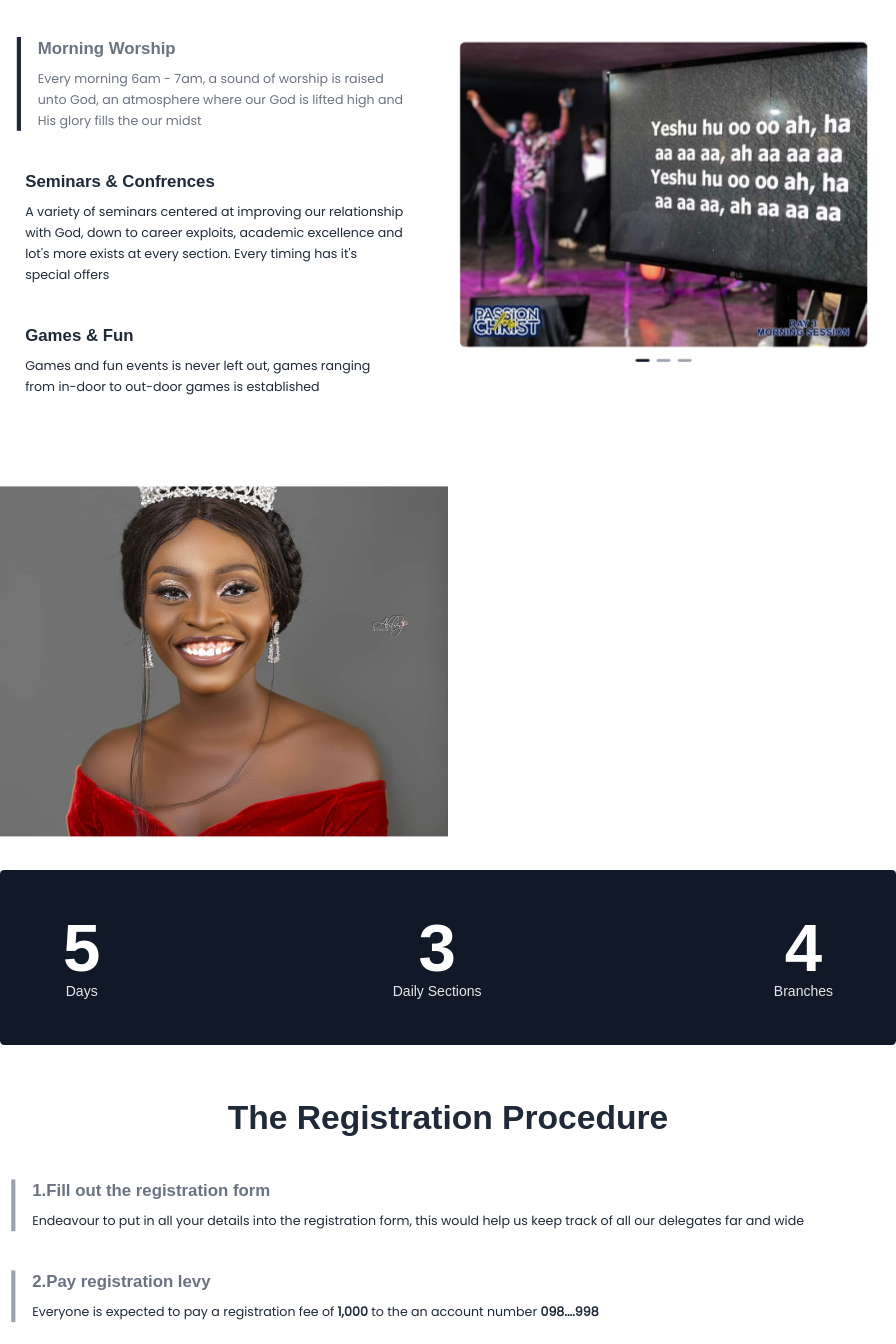
Repository: Ifenna-Pascal/user-camp-onboarding
Page: /
An editor plug-in stored every save of this project. The page is shown before and after the next save, followed by the edit.
The browser window is 1280 px wide. The pictures show the part of the page from y = 1447 to 3367 px (the page is 4228 px tall), at 70% of full size.
Some web fonts or font styles are not loaded; a fallback is used. The project was rebuilt for these pictures with package versions that can differ from the ones it lists, and the page was loaded fresh each time. The framework's server and built-in components were replaced by stand-ins that run in the browser. Also part of the build but not shown: next.config.js, styles/Home.module.css.

Above is the page before, as saved 2022-11-26 11:04:39.

### pages/_app.js
import Mainlayout from "../components/layout";
import "../styles/globals.css";
import "remixicon/fonts/remixicon.css";

function MyApp({ Component, pageProps }) {
  return (
    <Mainlayout>
      <Component {...pageProps} />
    </Mainlayout>
  );
}

export default MyApp;

### components/layout/index.jsx
import React from "react";
import Footer from "./Footer";
import Nav from "./Nav";

function Mainlayout({ children }) {
  return (
    <div className="relative">
      <Nav />
      <main>{children}</main>
      <Footer />
    </div>
  );
}

export default Mainlayout;

### styles/globals.css
@import url('https://fonts.googleapis.com/css2?family=Poppins&family=Sono:wght@400;500&display=swap');
@import url('https://fonts.googleapis.com/css2?family=Montserrat&family=Source+Sans+Pro&display=swap');

* {
  padding: 0;
  margin: 0;
  box-sizing: border-box;
  scroll-behavior: smooth;
}

html,
body {
  padding: 0;
  margin: 0;
  font-family: -apple-system, BlinkMacSystemFont, Segoe UI, Roboto, Oxygen,
    Ubuntu, Cantarell, Fira Sans, Droid Sans, Helvetica Neue, sans-serif;
}

a {
  color: inherit;
  text-decoration: none;
}

* {
  box-sizing: border-box;
}

@media (prefers-color-scheme: dark) {
  html {
    color-scheme: dark;
  }
  body {
    color: white;
    background: black;
  }
}

@tailwind base;
@tailwind components;
@tailwind utilities;

### components/layout/Footer.jsx
import React from "react";

function Footer() {
  return (
    <div className="bg-gray-900 w-full h-[70px]  flex items-center justify-center">
      <p className="text-center flex items-center text-white font-sono text-xl">
        {" "}
        <span className="text-4xl mr-2">&copy;</span> YPLJ Camp Meeting 2022{" "}
      </p>
    </div>
  );
}

export default Footer;

### components/layout/Nav.jsx
import Link from "next/link";
import { useRouter } from "next/router";
import React, { useState } from "react";
import Button from "../general/Button";
import NavLink from "../general/NavLink";

function Nav() {
  const [show, setShow] = useState(false);
  const router = useRouter();
  const toggle = () => {
    setShow(!show);
  };
  return (
    <div className="lg:sticky  top-0 w-full shadow-sm mb-4 z-50 px-6 lg:px-0 bg-white">
      <nav className="w-full lg:py-6 py-5 flex items-center  lg:max-w-[1450px] lg:mx-auto justify-between">
        <Link href="/">
          {" "}
          <h1 className="font-sono text-2xl lg:text-4xl ">YEMs</h1>
        </Link>
        <ul className="lg:flex items-center hidden justify-between">
          <NavLink href="/#home" name="About Us" />
          <NavLink href="/#process" name="Process" />
          <NavLink href="/#reviews" name="Reviews" />
          <Link href="/register">
            <Button text="Register" />
          </Link>
        </ul>
        <button
          className='block md:hidden className="w-full px-2 py-1 rounded-lg text-AP-grey-200 hover:text-AP-blue-200 border-AP-grey-200 hover:border-AP-blue-400'
          onClick={toggle}
        >
          <i
            className={`${
              !show ? "ri-menu-3-fill duration-500" : "ri-close-line"
            } text-2xl text-gray-800`}
          />
        </button>
      </nav>
      <div
        className={`flex lg:hidden ${
          show
            ? "flex duration-500  flex-col items-center space-y-8 pt-2 "
            : "hidden"
        }`}
      >
        <NavLink href="/#home" name="About Us" />
        <NavLink href="/#process" name="Process" />
        <NavLink href="/#reviews" name="Reviews" />
        {router.pathname !== "/register" && (
          <Link href="/register">
            <Button text="Register" onClick={() => setShow(false)} />
          </Link>
        )}
      </div>
    </div>
  );
}

export default Nav;

### components/sections/Hero.jsx
import Link from "next/link";
import React from "react";
import Button from "../general/Button";
import HeroRight from "../general/HeroRight";

function Hero() {
  return (
    <div
      id="home"
      className="lg:h-[90vh] min-h-screen  grid grid-cols-1 lg:grid-cols-2"
    >
      <div className="w-full flex py-6 lg:py-0  lg:-mt-8 lg:items-start items-center flex-col justify-center h-full">
        <h1 className="text-3xl lg:text-6xl text-gray-800 text-center lg:text-left leading-[50px] lg:leading-[75px] font-semibold font-sono">
          Raising Agents Of Transformation
        </h1>

        <p className="text-lg lg:max-w-[600px] text-gray-700 py-2 text-center lg:text-left leading-[35px] lg:leading-[30px] font-poppins px-4 lg:px-0 lg:pr-[50px]">
          In the last days, says the Lord, I will pour out my spirit upon all
          flesh, and your <b>sons and daughters</b> shall prophesy, your old men
          shall dream dreams, shall see visions. <strong>Joel 2:28</strong>
        </p>
        <div className="mt-4">
          <Link href={"/register"}>
            {" "}
            <Button text={"Join Us"} />
          </Link>
        </div>
      </div>
      <div className="lg:p-4 w-[97%]   h-full mx-auto lg:w-full">
        {" "}
        <HeroRight />{" "}
      </div>
    </div>
  );
}

export default Hero;

### components/sections/Numerics.jsx
import React from "react";
import CountUp from "react-countup";
function Numerics() {
  return (
    <div className="bg-gray-900 rounded-md px-3 lg:px-0 flex lg:flex-row flex-col justify-center my-12 min-h-[600px] lg:min-h-[250px] w-full">
      <div className="lg:max-w-[1100px] flex lg:flex-row flex-col lg:items-center w-full justify-between mx-auto">
        <Numeric figure={5} text="Days" />
        <Numeric figure={3} text="Daily Sections" />
        <Numeric figure={4} text="Branches" />
      </div>
    </div>
  );
}

export default Numerics;

const Numeric = ({ figure, text }) => (
  <div className="flex flex-col cursor-pointer mb-12 lg:mb-0 items-center">
    <h1 className="text-white hover:scale-[1.3] hover:mb-2 duration-500 font-sono font-semibold text-8xl">
      <CountUp
        end={figure}
        duration={2.75}
        useEasing
        enableScrollSpy
        scrollSpyDelay={1}
      />
    </h1>
    <p className="text-center font-sono text-xl text-gray-200">{text}</p>
  </div>
);

### components/sections/Reviews.jsx
import React from "react";
import Header from "../general/Header";
import ReviewCarousel from "../general/ReviewCarousel";

function Reviews() {
  return (
    <div className="mb-24" id="reviews">
      <Header
        header={"What The People Say..."}
        // content="Lorem ipsum dolor sit amet consectetur adipisicing elit. Culpa saepe iusto nisi! Nostrum tempore consequatur rerum! Cumque sequi tenetur ea! Impedit delectus facere est cupiditate, voluptatibus adipisci ipsum consectetur beatae."
      />
      <ReviewCarousel />
    </div>
  );
}

export default Reviews;

### components/sections/Speech.jsx
/* eslint-disable @next/next/no-img-element */
import React from "react";

function Speech() {
  return (
    <div className="grid grid-cols-1 lg:grid-cols-2 pt-12 items-center justify-center ">
      <div className="w-full -mt-8  h-[500px]">
        <img
          src="/assets/miss.jpg"
          alt="campFlyer"
          className="w-full h-full object-center object-cover"
        />
      </div>
    </div>
  );
}

export default Speech;

### components/sections/Steps.jsx
import React from "react";
import Header from "../general/Header";

const Payment = () => (
  <p>
    Everyone is expected to pay a registration fee of <strong>1,000</strong> to
    the an account number <strong>098....998</strong>
  </p>
);

function Steps() {
  return (
    <div className="flex items-start my-6 mx-4 flex-col">
      <Header header="The Registration Procedure " />
      <StepProcess
        header="1.Fill out the registration form"
        content="Endeavour to put in all your details into the registration form, this would help us keep track of all our delegates far and wide"
      />
      <StepProcess header="2.Pay registration levy" content=<Payment /> />
      <StepProcess
        header="3.Send out proof of payment"
        content={`Send proof of payment to the specified whatsApp contact `}
      />{" "}
    </div>
  );
}

export default Steps;

const StepProcess = ({ header, content }) => {
  return (
    <div
      className={`
        border-l-[6px] block pl-6
      mb-14 duration-500 border-gray-400 lg:pr-16`}
    >
      <h1
        className={`font-sono mb-3
          text-gray-500
        text-2xl block font-semibold`}
      >
        {header}
      </h1>
      <p
        className={`block text-lg font-poppins  leading-[30px]
           text-gray-800
        `}
      >
        {content}
      </p>
    </div>
  );
};

### components/general/Button.jsx
import React from "react";

function Button({ text, ...rest }) {
  return (
    <button
      className="bg-gray-800 px-12 py-3 hover:bg-white hover:text-black hover:border hover:border-black duration-500 hover:ease-in-out text-white font-sono text-xl"
      {...rest}
    >
      {text}
    </button>
  );
}

export default Button;

### components/general/NavLink.jsx
import Link from "next/link";
import React from "react";

function NavLink({ href, name }) {
  return (
    <Link href={href}>
      <span className="text-black px-4 text-xl font-sono mr-6 font-500">
        {name}
      </span>
    </Link>
  );
}

export default NavLink;

### components/general/HeroRight.jsx
/* eslint-disable @next/next/no-img-element */
import React from "react";

function HeroRight() {
  return (
    <div className="grid grid-cols-3 lg:px-8   mt-8 lg:my-0 pr-0  max-h-[700px] w-full gap-2 grid-rows-6">
      <div class="w-full row-start-1 row-span-3">
        <img
          src="/assets/camping20.jpg"
          alt="Photo by Claudio Schwarz on Unsplash"
          class="inset-0 h-full w-full object-cover object-center  rounded-lg  "
        />
      </div>
      <div class="w-full row-start-4  col-span-1 col-start-1 row-end-6">
        <img
          src="/assets/camp5.jpg"
          alt="Photo by Claudio Schwarz on Unsplash"
          class="inset-0 h-full w-full object-cover object-center  rounded-lg  "
        />
      </div>
      {/* <div className="grid  gap-y-4 h-full w-full h-full row-span-5  col-span-1"> */}
      <div className="row-start-1  w-full row-span-1 col-start-2 col-span-1">
        {/* <ImageBox color="bg-red-400" /> */}
        <img
          src="/assets/camp6.jpg"
          alt="Photo by Claudio Schwarz on Unsplash"
          class="inset-0 h-full w-full object-cover object-center  rounded-lg  "
        />
      </div>
      <div className="row-start-2 row-span-3  w-full col-start-2 col-span-1">
        <img
          src="/assets/camp13.jpg"
          alt="Photo by Claudio Schwarz on Unsplash"
          class="inset-0 h-full w-full object-cover object-center  rounded-lg  "
        />
      </div>
      <div className="row-start-5  w-full  row-span-1 col-start-2 col-span-1">
        <img
          src="/assets/camp3.jpg"
          alt="Photo by Claudio Schwarz on Unsplash"
          class="inset-0 h-full w-full object-cover object-center  rounded-lg  "
        />
      </div>
      <div className="col-start-3  row-span-2">
        <img
          src={"/assets/camp11.jpg"}
          alt="Photo by Claudio Schwarz on Unsplash"
          class="inset-0 h-full w-full object-cover object-center bg-center  rounded-lg  "
        />
      </div>
      <div className="col-start-3  row-start-3 row-span-3">
        <img
          src={"/assets/camp10.jpg"}
          alt="Photo by Claudio Schwarz on Unsplash"
          class="inset-0 h-full w-full object-cover object-center bg-center  rounded-lg  "
        />
      </div>
    </div>
  );
}

export default HeroRight;

const ImageBox = ({ color }) => {
  return (
    <div className={`w-full h-full bg-red  rounded-lg-lg ${color}`}>
      <img
        src="https://images.unsplash.com/photo-1539183204366-63a0589187ab?ixlib=rb-4.0.3&ixid=MnwxMjA3fDB8MHxzZWFyY2h8MTh8fGNhbXBpbmd8ZW58MHx8MHx8&auto=format&fit=crop&w=600&q=60"
        alt="image"
        className=" rounded-lg-lg"
      />
    </div>
  );
};

### components/general/Carousel.jsx
/* eslint-disable jsx-a11y/alt-text */
/* eslint-disable @next/next/no-img-element */
import Slider from "react-slick";
import "slick-carousel/slick/slick.css";
import "slick-carousel/slick/slick-theme.css";
import useSetting from "../hooks/useSetting";

const Carousel = ({ setCurrent, current }) => {
  const { settings } = useSetting(current, setCurrent);
  const images = ["/assets/camp7.jpg", "/assets/camp4.jpg", "/assets/camp.jpg"];
  return (
    <div>
      <Slider {...settings}>
        {images.map((image, i) => (
          <div key={i} className={` h-full w-full`}>
            <img
              src={image}
              className={`object-cover  object-center rounded-lg w-full  h-[50%] `}
            />
          </div>
        ))}
      </Slider>
    </div>
  );
};

export default Carousel;

### components/general/Header.jsx
import React from "react";

function Header({ header, content }) {
  return (
    <div className="flex flex-col px-2 lg:px-0 lg:max-w-[1000px] mx-auto items-center justify-center py-6 lg:py-8">
      <h1 className="text-gray-800 text-center lg:text-left text-2xl lg:text-5xl font-semibold font-sono block ">
        {header}
      </h1>
      <p className="block text-base  lg:text-lg text-center font-poppins text-gray-800 leading-[30px] py-2 lg:py-4">
        {content}
      </p>
    </div>
  );
}

export default Header;

### components/general/ReviewCarousel.jsx
/* eslint-disable jsx-a11y/alt-text */
/* eslint-disable @next/next/no-img-element */
import Slider from "react-slick";
import "slick-carousel/slick/slick.css";
import "slick-carousel/slick/slick-theme.css";
import { useState } from "react";
// import useDeviceSize from "../hooks/mediaHook";
import ReviewCard from "./ReviewCard";

const ReviewCarousel = () => {
  //   const [width] = useDeviceSize();
  const [current, setCurrent] = useState(false);
  const settings = {
    className: "center",
    autoplay: true,
    infinite: true,
    slidesToShow: 2,
    arrows: false,
    slideToScrool: 2,
    lazyLoad: true,
    focusOnSelect: true,
    draggable: true,
    dots: true,
    autoplaySpeed: 5000,
    speed: 2000,
    afterChange: (current) => setCurrent(current),
    customPaging: (i) => (
      <div
        className={`w-[25px]  mt-8 h-[4px] rounded-[10px] ${
          current === i ? "bg-black" : "bg-gray-300"
        }`}
      ></div>
    ),
    responsive: [
      {
        breakpoint: 450,
        settings: {
          autoplay: true,
          centerMode: false,
          //   vertical: true,
          infinite: true,
          //   centerPadding: "60px",
          slidesToShow: 1,
          slideToScroll: 1,
          arrows: false,
          draggable: true,
          dots: true,
          autoplaySped: 1000,
          speed: 500,
          beforeChange: (current) => setCurrent(current),
          customPaging: (i) => (
            <div
              className={`w-[20px]  mt-4 h-[4px] rounded-[10px] ${
                current === i ? "bg-gray-900" : "bg-gray-400"
              }`}
            ></div>
          ),
        },
      },
    ],
  };

  return (
    <div className="max-w-[1100px] mx-auto">
      <Slider {...settings}>
        <ReviewCard
          name="PSt Godswill"
          role="Enugu Branch"
          src={
            "https://images.unsplash.com/photo-1506794778202-cad84cf45f1d?ixlib=rb-4.0.3&ixid=MnwxMjA3fDB8MHxzZWFyY2h8M3x8bWVufGVufDB8fDB8fA%3D%3D&auto=format&fit=crop&w=600&q=60"
          }
        />
        <ReviewCard
          name={"Chidera Ede"}
          role="Lagos Branch"
          src="https://images.unsplash.com/photo-1595152452543-e5fc28ebc2b8?ixlib=rb-4.0.3&ixid=MnwxMjA3fDB8MHxzZWFyY2h8Mnx8bWVuJTIwcG9ydHJhaXR8ZW58MHx8MHx8&auto=format&fit=crop&w=600&q=60"
        />
        <ReviewCard
          name="PSt Godswill"
          role="Enugu Branch"
          src="https://images.unsplash.com/photo-1560250097-0b93528c311a?ixlib=rb-4.0.3&ixid=MnwxMjA3fDB8MHxwaG90by1wYWdlfHx8fGVufDB8fHx8&auto=format&fit=crop&w=387&q=80"
        />
        <ReviewCard
          name={"Chidera Ede"}
          role="Lagos Branch"
          src={
            "https://images.unsplash.com/photo-1624395213043-fa2e123b2656?ixlib=rb-4.0.3&ixid=MnwxMjA3fDB8MHxzZWFyY2h8OXx8bWVuJTIwcG9ydHJhaXR8ZW58MHx8MHx8&auto=format&fit=crop&w=600&q=60"
          }
        />
      </Slider>
    </div>
  );
};

export default ReviewCarousel;

### components/hooks/useSetting.jsx
import React from "react";

function useSetting(current, setCurrent) {
  const settings = {
    className: "center",
    autoplay: true,
    // centerMode: true,
    infinite: true,
    // centerPadding: "60px",
    slidesToShow: 1,
    arrows: false,
    slideToScrool: 1,
    lazyLoad: true,
    vertical: true,
    focusOnSelect: true,
    draggable: true,
    dots: true,
    autoplaySpeed: 5000,
    speed: 2000,
    beforeChange: (current) => setCurrent(current),
    customPaging: (i) => (
      <div
        className={`w-[20px]  mt-4 h-[4px] rounded-[10px] ${
          current === i ? "bg-gray-900" : "bg-gray-400"
        }`}
      ></div>
    ),
    responsive: [
      {
        breakpoint: 450,
        settings: {
          autoplay: true,
          centerMode: false,
          vertical: true,
          infinite: true,
          slidesToShow: 1,
          slideToScroll: 1,
          arrows: false,
          draggable: true,
          dots: true,
          autoplaySpeed: 5000,
          speed: 2000,
          beforeChange: (current) => setCurrent(current),
          customPaging: (i) => (
            <div
              className={`w-[20px]  mt-4 h-[4px] rounded-[10px] ${
                current === i ? "bg-gray-900" : "bg-gray-400"
              }`}
            ></div>
          ),
        },
      },
    ],
  };
  return { settings };
}

export default useSetting;

### components/general/ReviewCard.jsx
/* eslint-disable jsx-a11y/alt-text */
/* eslint-disable @next/next/no-img-element */
import React from "react";

function ReviewCard({ name, role, src }) {
  return (
    <div className="min-w-[300px] relative  mx-4 min-h-[300px] flex shadow-md">
      <div className="flex absolute top-2 left-2 py-2">
        <i className="ri-single-quotes-r text-5xl text-gray-300 font-semibold"></i>
        <i className="ri-single-quotes-r text-5xl -ml-5  text-gray-300 font-semibold"></i>
      </div>
      <div className="flex flex-col relative pt-16 pb-6 px-5">
        <p className="py-4 font-poppins text-basev text-gray-600">
          Lorem ipsum dolor sit amet, consectetur adipisicing elit. Rem
          laudantium perferendis voluptas ipsa ea corrupti iure nulla repellat
          soluta praesentium quae pariatur quaerat a eligendi, illo dicta!
          Veniam quas iusto ex laudantium error aut, quisquam beatae, doloribus,
          ipsa odit ducimus.
        </p>
        <div className="flex flex-col w-full">
          <div className="w-[60px] mt-3 h-[60px]">
            <img
              className="w-full rounded-[50%] object-center object-cover bg-center bg-cover h-full"
              src={src}
            />
          </div>
          <h1 className="font-sono pt-2 text-lg font-semibold">{name}</h1>
          <p className="text-base font-sono text-gray-600">{role}</p>
        </div>
      </div>
    </div>
  );
}

export default ReviewCard;

Loaded but not shown: pages/index.js (28 lines, source omitted); tailwind.config.js (18 lines, source omitted); components/sections/HowItWorks.jsx (123 lines, source omitted); components/sections/CountDown.jsx (94 lines, source omitted)

After the next save:
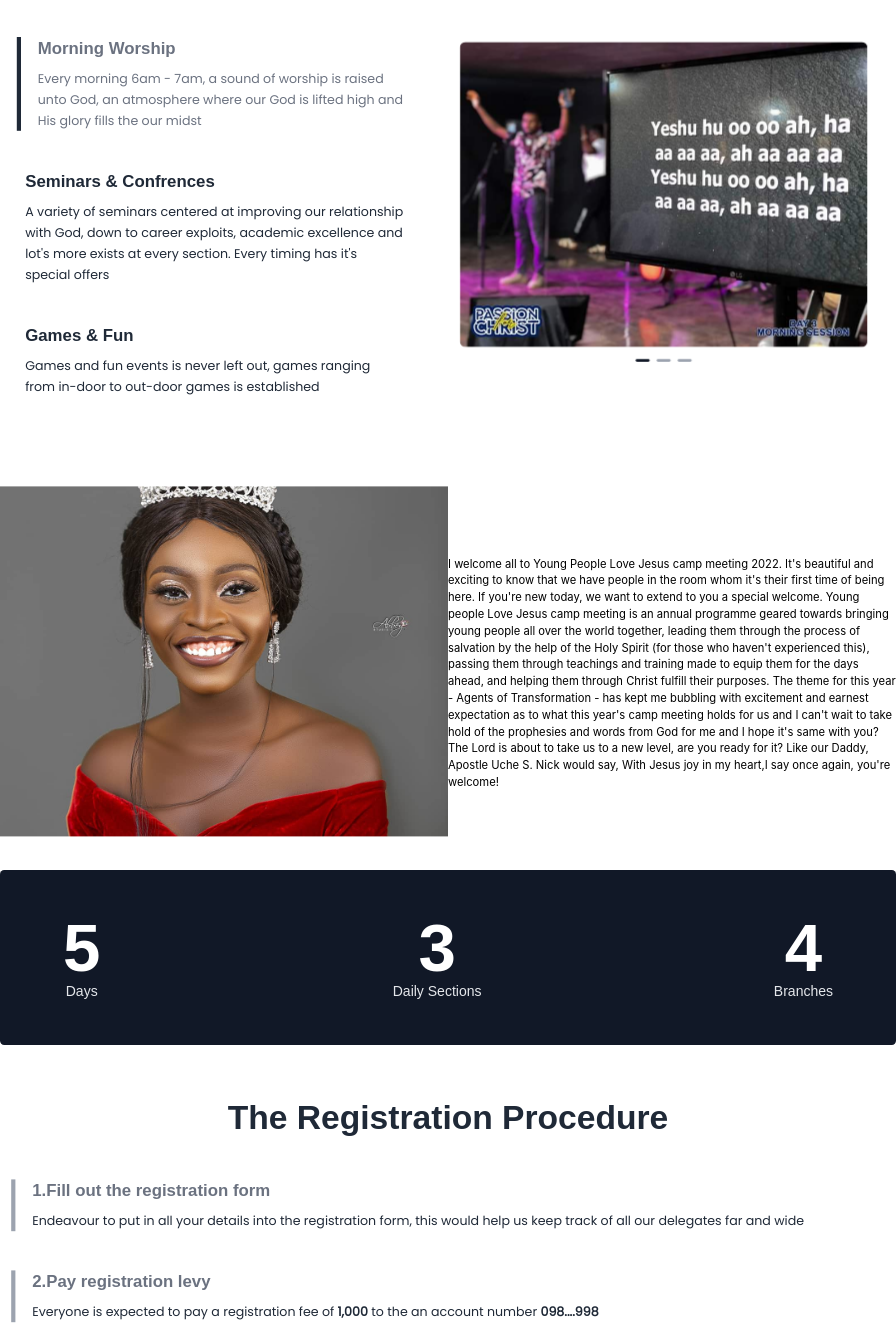
Saved 2 min 5 s later.
--- a/components/sections/Speech.jsx
+++ b/components/sections/Speech.jsx
@@ -11,6 +11,26 @@ function Speech() {
           className="w-full h-full object-center object-cover"
         />
       </div>
+      <div>
+        <p>
+          I welcome all to Young People Love Jesus camp meeting 2022. It's
+          beautiful and exciting to know that we have people in the room whom
+          it's their first time of being here. If you're new today, we want to
+          extend to you a special welcome. Young people Love Jesus camp meeting
+          is an annual programme geared towards bringing young people all over
+          the world together, leading them through the process of salvation by
+          the help of the Holy Spirit (for those who haven't experienced this),
+          passing them through teachings and training made to equip them for the
+          days ahead, and helping them through Christ fulfill their purposes.
+          The theme for this year - Agents of Transformation - has kept me
+          bubbling with excitement and earnest expectation as to what this
+          year's camp meeting holds for us and I can't wait to take hold of the
+          prophesies and words from God for me and I hope it's same with you?
+          The Lord is about to take us to a new level, are you ready for it?
+          Like our Daddy, Apostle Uche S. Nick would say, With Jesus joy in my
+          heart,I say once again, you're welcome!
+        </p>
+      </div>
     </div>
   );
 }
